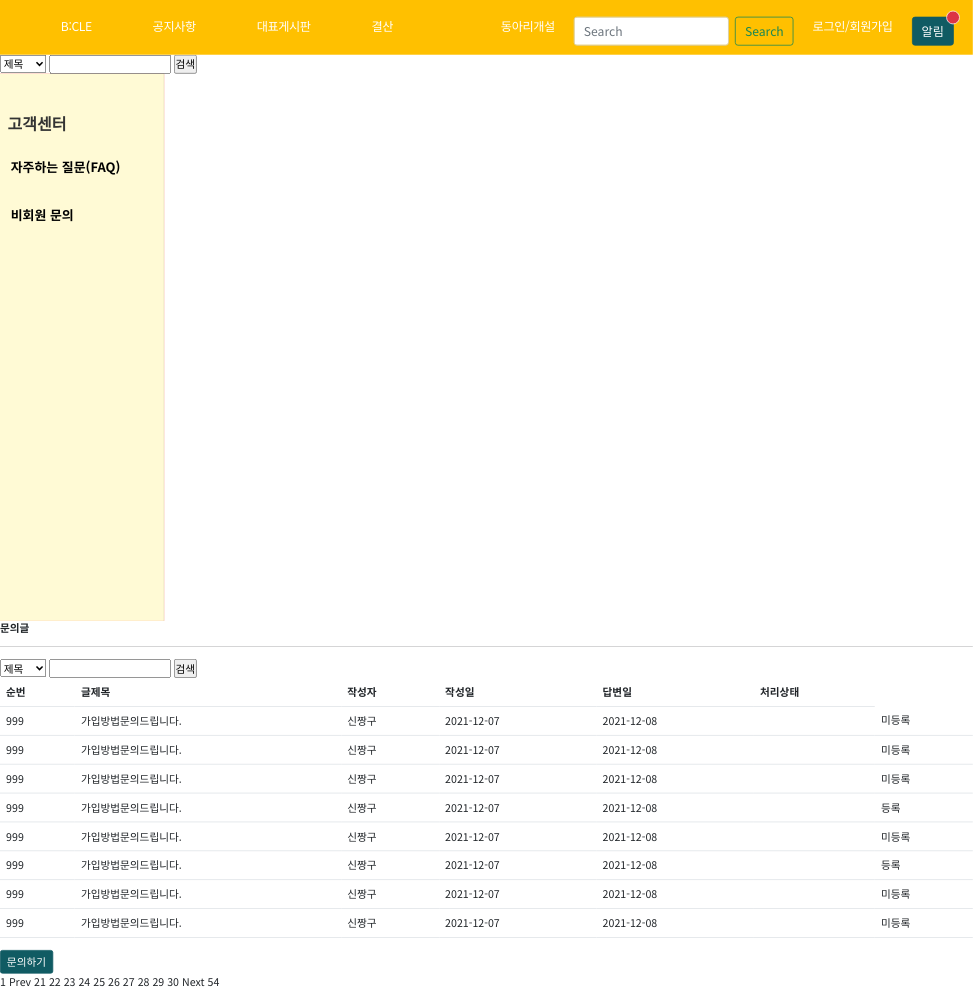
Repository: hyodii/FinalProject
Page: http://localhost/ViewPage/nonmemberQnaList.jsp
These files come from the project's save history. The page is drawn as it stood at one moment and after the next save; the edit follows.
The browser window is 1280 px wide. The pictures show the whole page, at 76% of full size.
Some web fonts or font styles are not loaded; a fallback is used. Some web libraries are served in a nearby version. The page is served by Tomcat 9.

Above is the page before, as saved 2021-12-14 08:13:43.

### ViewPage/WebContent/nonmemberQnaList.jsp
<%@ page contentType="text/html; charset=UTF-8"%>
<%@ taglib prefix="c" uri="http://java.sun.com/jsp/jstl/core"%>
<%
   request.setCharacterEncoding("UTF-8");
   String cp = request.getContextPath();
%>
<!DOCTYPE html>
<html>
<head>
<meta charset="UTF-8">
<title>footerNonmemberList.jsp</title>
</head>
<body>
<!--
	footerNonmemberList.jsp
	- 푸터 - 고객센터 - 비회원 문의
-->
<div id="wrap">
	<div>
		<!-- nav 영역 -->
		<c:import url="nav.jsp"></c:import>

		<!-- 게시판 이동 영역 -->


		<div id="search">
			<form action="" name="searchForm" method="post">
				<select name="searchKey" class="selectField">
					<option value="subject">제목</option>
					<option value="name">작성자</option>
				</select> <input type="text" name="searchValue" class="textField"> <input
						type="button" value="검색" class="btn2" onclick="sendIt()">
			</form>
		</div>



		<div class="merge">
		<!-- 사이드바 -->
		<div>
			<c:import url="sidebarQna.jsp"></c:import>
		</div>


		<!-- 콘텐츠 영역 -->
		<div id="content">
			<h1>문의글</h1>
			<hr>

			<div id="search">
				<form action="" name="searchForm" method="post">
					<select name="searchKey" class="selectField">
						<option value="subject">제목</option>
						<option value="name">작성자</option>
					</select> <input type="text" name="searchValue" class="textField">
					<input type="button" value="검색" class="btn2" onclick="sendIt()">
				</form>
			</div>

			<table id="questionList" class="table">
				<tr>
					<th>순번</th>
					<th>글제목</th>
					<th>작성자</th>
					<th>작성일</th>
					<th>답변일</th>
					<th>처리상태</th>
				</tr>

				<tr>
					<td>999</td>
					<td>가입방법문의드립니다.</td>
					<td>신짱구</td>
					<td>2021-12-07</td>
					<td>2021-12-08</td>
					<td></td>
					<td>미등록</td>
				</tr>


				<tr>
					<td>999</td>
					<td>가입방법문의드립니다.</td>
					<td>신짱구</td>
					<td>2021-12-07</td>
					<td>2021-12-08</td>
					<td></td>
					<td>미등록</td>
				</tr>

				<tr>
					<td>999</td>
					<td>가입방법문의드립니다.</td>
					<td>신짱구</td>
					<td>2021-12-07</td>
					<td>2021-12-08</td>
					<td></td>
					<td>미등록</td>
				</tr>

				<tr>
					<td>999</td>
					<td>가입방법문의드립니다.</td>
					<td>신짱구</td>
					<td>2021-12-07</td>
					<td>2021-12-08</td>
					<td></td>
					<td>등록</td>
				</tr>

				<tr>
					<td>999</td>
					<td>가입방법문의드립니다.</td>
					<td>신짱구</td>
					<td>2021-12-07</td>
					<td>2021-12-08</td>
					<td></td>
					<td>미등록</td>
				</tr>
				<tr>
					<td>999</td>
					<td>가입방법문의드립니다.</td>
					<td>신짱구</td>
					<td>2021-12-07</td>
					<td>2021-12-08</td>
					<td></td>
					<td>등록</td>
				</tr>
				<tr>
					<td>999</td>
					<td>가입방법문의드립니다.</td>
					<td>신짱구</td>
					<td>2021-12-07</td>
					<td>2021-12-08</td>
					<td></td>
					<td>미등록</td>
				</tr>
				<tr>
					<td>999</td>
					<td>가입방법문의드립니다.</td>
					<td>신짱구</td>
					<td>2021-12-07</td>
					<td>2021-12-08</td>
					<td></td>
					<td>미등록</td>
				</tr>
			</table>

			<div class="enroll">
				<button class="btn btn-primary btn-sm" type="button"
					id="insertBoard" onclick="location.href='boardinsertform.action'">문의하기</button>
			</div>
			<div id="footer">
				<p>1 Prev 21 22 23 24 25 26 27 28 29 30 Next 54</p>

			</div>

		</div>
	</div>

	</div>


	<!-- 푸터 영역 -->
	<!-- 푸터 적용하니까 css가 다 엉망이 되요.. -->




</div>

</body>
</html>

### ViewPage/WebContent/nav.jsp
<%@ page contentType="text/html; charset=UTF-8"%>
<%@ taglib prefix="c" uri="http://java.sun.com/jsp/jstl/core"%>
<%
	request.setCharacterEncoding("UTF-8");
String cp = request.getContextPath();
%>
<!DOCTYPE html>
<html lang="ko">
<head>
<meta charset="UTF-8">
<meta name="viewport" content="width=device-width, initial-scale=1">
<title>B:CLE</title>
<!-- <link rel="stylesheet" href="css/main.css"> -->
<link rel="stylesheet" href="css/font-awesome.min.css">
<link
	href="https://cdn.jsdelivr.net/npm/bootstrap@5.1.3/dist/css/bootstrap.min.css"
	rel="stylesheet"
	integrity="sha384-1BmE4kWBq78iYhFldvKuhfTAU6auU8tT94WrHftjDbrCEXSU1oBoqyl2QvZ6jIW3"
	crossorigin="anonymous">

<style>
@import
	url('https://fonts.googleapis.com/css?family=Exo+2|Noto+Sans+KR&display=swap')
	;
/*reset*/
* {
	margin: 0;
	padding: 0;
}
body {
	margin: 0;
}
h1, h2, h3, h4, h5, h6, p, ul, ol, li, dl, dt, dd {
	margin: 0;
	padding: 0;
}
h1, h2, h3, h4, h5, h6 {
	font-weight: 700;
	font-size: inherit;
}
a {
	color: inherit;
	text-decoration: inherit;
}
img {
	vertical-align: middle;
}
a img {
	border: none;
}
li {
	list-style: none;
}
address, em, i, ul {
	font-style: normal;
}
.mo {
	display: none;
}
body {
	font-family: 'Noto Sans KR', sans-serif;
	font-size: 14px;
}
header {
	font-family: 'Noto Sans KR', sans-serif;
	letter-spacing: -0.5px;
	background: rgb(255, 192, 0);
	color: white;
	height: 10vh;
	width: 100%;
	position: relative;
	margin-top: -20px;
}
.mainHeader {
	width: 100%;
	margin-top: 20px;
	box-sizing: border-box;
	vertical-align: center;
}
.mainHeader .gnbMo {
	display: none;
}
.mainHeader .gnb {
	float: left;
	margin-left: 80px;
	margin-top: 3vh;
}
.mainHeader .gnb li {
	float: left;
	margin-right: 80px;
}
.mainHeader .gnb li a {
	display: block;
	width: 100%;
	height: 100%;
	text-align: center;
	color: #fff;
	font-size: 16px;
	text-decoration-line: none;
}
.mainHeader .gnb li a:hover, .mainHeader .gnb li a:focus {
	color: #ff8342;
}
.mainHeader .tnb {
	float: right;
	margin-top: 3vh;
}
.mainHeader .tnb li {
	float: left;
	margin-right: 25px;
}
.mainHeader .tnb li a {
	display: block;
	width: 100%;
	height: 100%;
	text-align: center;
	font-size: 16px;
	color: #fff;
	text-decoration-line: none;
}
.mainHeader .tnb li:nth-child(1) a i, .mainHeader .tnb li:nth-child(2) a i
	{
	font-size: 20px;
	margin-right: 8px;
}
.mainHeader .tnb li:last-child a {
	display: block;
	width: 105px;
	line-height: 2;
	border: 1px solid #fff;
	border-radius: 30px;
	margin-top: 35px;
}
.mainHeader .tnb li:last-child a i {
	margin-left: 5px;
}
.mainHeader .tnb li:last-child a:hover {
	background: #fff;
	color: #ff8342;
	transition: all 0.3s;
}
.btn-primary {
    color: #fff;
    background-color: #105b63;
    border-color: #105b63;
}
</style>


</head>
<body>
	<!--header-->
	<header>
		<div class="mainHeader">
			<nav class="gnb">
				<ul>
					<li><a href="#">B:CLE</a></li>
					<li><a href="#">공지사항</a></li>
					<li><a href="#">대표게시판</a></li>
					<li><a href="#">결산</a></li>
				</ul>
			</nav>
			<nav class="tnb">
				<ul>

					<li><a href="#">동아리개설</a></li>

					<li>
						<form class="d-flex">
							<input class="form-control me-2" type="search"
								placeholder="Search" aria-label="Search">
							<button class="btn btn-outline-success" type="submit">Search</button>
						</form>
					</li>




					<li><a href="#"></i>로그인/회원가입</a></li>
					<li><button type="button"
							class="btn btn-primary position-relative">
							알림 <span
								class="position-absolute top-0 start-100 translate-middle p-2 bg-danger border border-light rounded-circle">
								<span class="visually-hidden">New alerts</span>
							</span>
						</button></li>
				</ul>
			</nav>
			<nav class="gnbMo">
				<a href="#"><i class="fa fa-bars" aria-hidden="true"></i></a>
			</nav>
		</div>
	</header>
</body>
</html>

<!-- 검색부분에 쓸 부트스트랩 -->
<!--       <form class="d-flex">
        <input class="form-control me-2" type="search" placeholder="Search" aria-label="Search">
        <button class="btn btn-outline-success" type="submit">Search</button>
      </form> -->

### ViewPage/WebContent/sidebarQna.jsp
<%@ page contentType="text/html; charset=UTF-8"%>
<%@ taglib prefix="c" uri="http://java.sun.com/jsp/jstl/core"%>
<%
   request.setCharacterEncoding("UTF-8");
   String cp = request.getContextPath();
%>
<!DOCTYPE html>
<html>
<head>
<meta charset="UTF-8">
<title>sidebarQna.jsp</title>
<link rel="stylesheet" href="https://use.fontawesome.com/releases/v5.14.0/css/all.css" integrity="sha384-HzLeBuhoNPvSl5KYnjx0BT+WB0QEEqLprO+NBkkk5gbc67FTaL7XIGa2w1L0Xbgc" crossorigin="anonymous"><style type="text/css">
*
{
	margin: 0;
	padding: 0;
}

/* 사이드 메뉴 */
.left_menu
{
    /* position: fixed; */
    width: 30vh;
    height: 100vh;
    z-index: 10;
  	background: #FFFAD5;
    border-right: 1px solid rgba(0, 0, 0, 0.07);
    bottom: 50px;
    height: 100%;
    margin-top: 0px;
    padding-bottom: 0px;
    /* box-shadow: 0 0px 24px 0 rgb(0 0 0 / 6%), 0 1px 0px 0 rgb(0 0 0 / 2%); */
    color: white;
    overflow:hidden;
}

.sub_menu
{
    margin-top: 50px;
}

.left_menu>.sub_menu li:hover
{
    color: ff5858;
    background-color: #e1e1e1;
}

.left_menu>.sub_menu li
{
    color: black;
    font-size: 17px;
    font-weight: 600;
    padding: 20px 0px 8px 14px;
}

.sub_menu>h2
{
    padding-bottom: 4px;
    margin-top: 30px;
    font-size: 21px;
    font-weight: 600;
    color: #333;
    margin-left: 10px;
    margin-right: 10px;
    font-family: 'NotoKrB';
    line-height: 35px;
}

.sub_menu .fas
{
    color: #ff5858;
    font-size: 20px;
    line-height: 20px;
    float: right;
    margin-right: 20px;
}

.sub_menu>.big_menu>.small_menu li
{
    color: #797979;
    font-size: 14px;
    font-weight: 600;
    margin-left: 14px;
    padding-top: 8px;
}

.big_menu
{
    cursor: pointer;
}

ul
{
    padding-inline-start: 0px;
}

a
{
    color: #797979;
    text-decoration: none;
    background-color: transparent;
}

ul
{
    list-style: none;
}

ol,
ul
{
    margin-top: 0;
    margin-bottom: 10px;
}

.has_sub
{
    width: 100%;
}

.hide_sidemenu
{
    display: none;
}

.background
{
	background-color: #ff5858;
	width: 30vh;
	height:100vh;

}
</style>
<script type="text/javascript" src="http://code.jquery.com/jquery.min.js"></script>
<script type="text/javascript">
    $(function () {
        /* $(".left_sub_menu").hide(); */
        $(".has_sub").click(function () {
            $(".left_sub_menu").fadeToggle(300);
        });
        // 왼쪽메뉴 드롭다운
        $(".sub_menu ul.small_menu").hide();
        $(".sub_menu ul.big_menu").click(function () {
            $("ul", this).slideToggle(300);
        });

        /*
        // 외부 클릭 시 좌측 사이드 메뉴 숨기기
        $('.overlay').on('click', function () {
            $('.left_sub_menu').fadeOut();
            $('.hide_sidemenu').fadeIn();
        });
         */
    });
</script>
</head>
<body>
<div id="wrapper">
	    <!-- 왼쪽 서브 메뉴 -->
	    <div class="background">
	    <div class="left_menu">
	        <div class="sub_menu">
	            <h2>고객센터</h2>
	            <ul class="big_menu">
	                <li>자주하는 질문(FAQ)</li>
	            </ul>
	            <ul class="big_menu">
	                <li>비회원 문의</li>
	            </ul>

	        </div>
	    </div>
	    </div>
</div>

</body>
</html>

### ViewPage/WebContent/footer.jsp
<%@ page contentType="text/html; charset=UTF-8"%>
<%@ taglib prefix="c" uri="http://java.sun.com/jsp/jstl/core"%>
<%
	request.setCharacterEncoding("UTF-8");
	String cp = request.getContextPath();
%>
<!DOCTYPE html>
<html>
<head>
<meta charset="utf-8">
<title>B:CLE Footer(예비용)</title>

<link
	href="https://cdn.jsdelivr.net/npm/bootstrap@4.4.1/dist/css/bootstrap.min.css"
	rel="stylesheet">
<script
	src="https://cdn.jsdelivr.net/npm/bootstrap@4.4.1/dist/js/bootstrap.bundle.min.js"></script>
<link rel="preconnect" href="https://fonts.googleapis.com">
<link rel="preconnect" href="https://fonts.gstatic.com">
<link
	href="https://fonts.googleapis.com/css2?family=Noto+Sans+KR:wght@400;700&display=swap"
	rel="stylesheet">
<script src="https://kit.fontawesome.com/dab690a483.js" crossorigin="anonymous"></script>
<style type="text/css">

/*reset*/
* {margin: 0;padding: 0;}
body {margin: 0;}
h1, h2, h3, h4, h5, h6, p, ul, ol, li, dl, dt, dd {margin: 0; padding: 0;}
h1, h2, h3, h4, h5, h6 {font-weight: 700; }
a {color: inherit; text-decoration: inherit;}
img {vertical-align: middle;}
a img {border: none;}
li {list-style: none;}
address, em, i, ul {font-style: normal;}

/*layout*/
.mo {display: none;}
.en {font-family: 'Exo 2', sans-serif;}
body {font-family: 'Noto Sans KR', sans-serif; font-size: 14px;}
.wrap {margin: 0 auto; }

#footer-wrapper
{
	background-color: #105B63;
	font-family: 'Noto Sans KR', sans-serif;
	font-size: 12pt;
	/* position:fixed; */
}
.title
{
	font-family: 'Noto Sans KR', sans-serif;
	font-size: 15pt;
	color: white;
}

.container
{
	padding: 20px;
}

ul
{
   list-style:none;
   padding-left:0px;
}
a.menuitem
{
	text-decoration: none;
	text-align: center;
	color: white;
}
a.menuitem
{
	text-decoration: none;
	text-align: center;
	color: white;
}
a.menuitem:hover
{
	color: #FFD34E;
}

p.menuitem
{
	color: white;
}
.second-box
{
  display: flex;
  justify-content: flex-end;
}

.icon
{
  /* width: 40%; */
  display: flex;
  justify-content: flex-end;
  color: #105B63;
}

.icon-box
{
  width: 54px;
  height: 54px;
  background-color: white;
  border-radius: 50%;
  margin-right: 15px;
  display: flex;
  justify-content: center;
  align-items: center;
}

.icon
{
  font-size: 24px;
}
.icon:hover {
  color: #FFD34E;
}

ul.menu
{
	color: white;
}

</style>

</head>
<body>

<!-- Footer -->
<div id="footer-wrapper">
	<footer id="footer" class="container">
		<div class="row">
			<div class="col-3 col-6-medium col-12-small">

				<!-- Links -->
					<section class="widget links">
						<div class="title">B:CLE</div>
						<ul class="style2">
							<li><a href="#" class="menuitem">동아리 만들기</a></li>
							<li><a href="mainhome.action" class="menuitem">동아리 구경가기</a></li>
							<!-- <li><a href="#">Felis varius pellentesque potenti</a></li>
							<li><a href="#">Nullam scelerisque blandit leo</a></li> -->
						</ul>
					</section>

			</div>
			<div class="col-3 col-6-medium col-12-small">

				<!-- Links -->
					<section class="widget links">
						<div class="title">고객센터</div>
						<ul class="style2">
							<li><a href="#" class="menuitem">FAQ</a></li>
							<li><a href="#" class="menuitem">문의하기</a></li>
							<li><a href="#" class="menuitem">이용약관</a></li>
							<!-- <li><a href="#">Felis varius pellentesque potenti</a></li>
							<li><a href="#">Nullam scelerisque blandit leo</a></li> -->
						</ul>
					</section>

			</div>

			<div class="col-3 col-6-medium col-12-small">

				<!-- Contact -->
					<section class="widget contact last">
						<div class="title">Contact Us</div>

						<p class="menuitem">B:CLE<br />
						서울특별시 마포구 월드컵북로 21 2층 풍성빌딩<br />
						(02) 123-4567</p>
					</section>

			</div>

			<div class="col-3 col-6-medium col-12-small">

				<!-- 아이콘 -->
				<!-- <section class="widget contact last icon"> -->
					<div class="second-box">
			              <div class="icon-box">
			                  <i class="fab fa-instagram icon"></i>
			              </div>
			              <div class="icon-box">
			                  <i class="fab fa-twitter icon"></i>
			              </div>
			              <div class="icon-box">
			                  <i class="fab fa-facebook-f icon"></i>
			              </div>
					</div>
				<!-- </section> -->

			</div>

		</div>

		<div class="row">
			<div class="col-12">
				<div id="copyright">
					<ul class="menu" style="text-align: center;">
						<li>&copy; 2021 B:CLE. All rights reserved</li>
					</ul>
				</div>
			</div>
		</div>
	</footer>
</div>

</body>
</html>

After the next save:
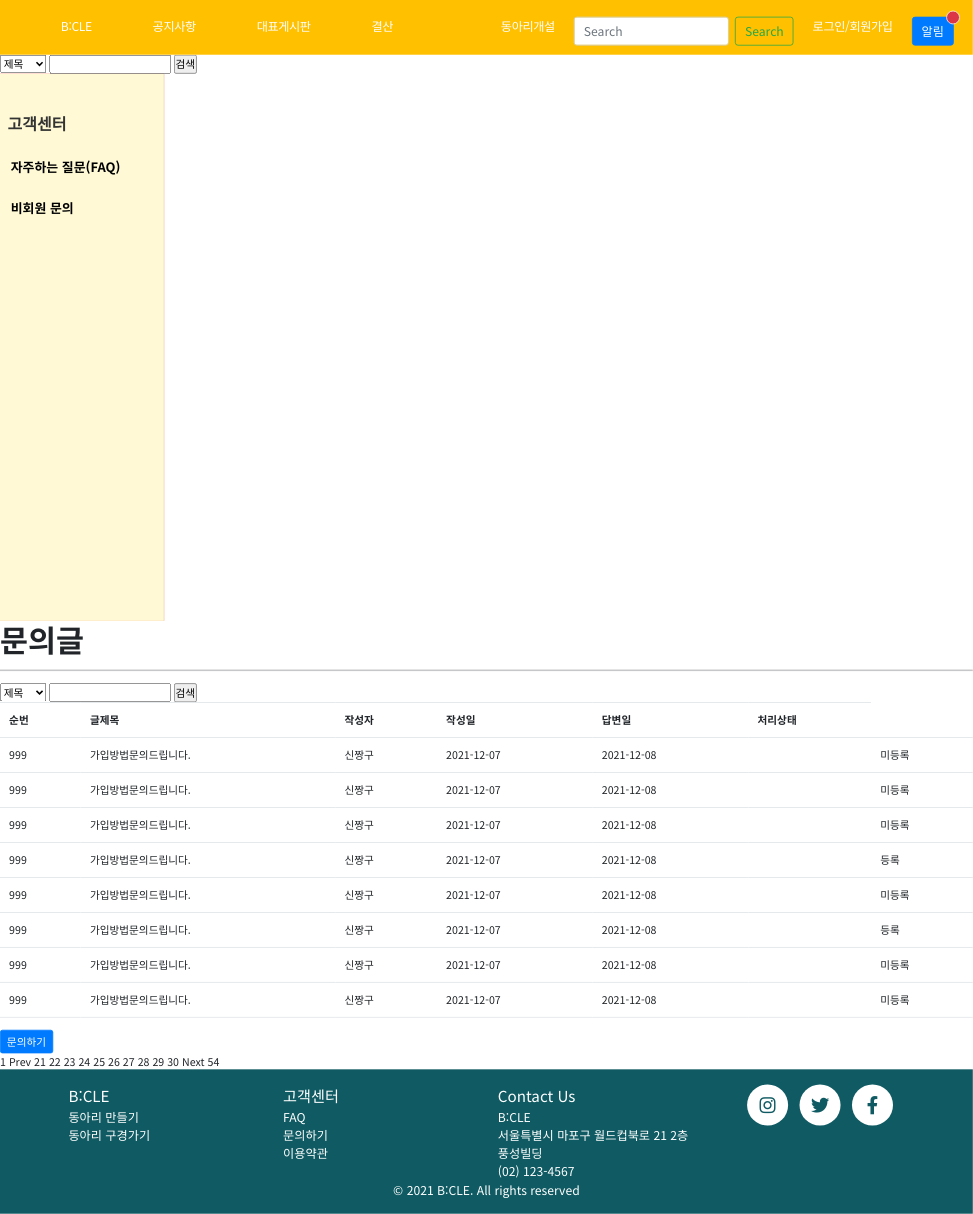
Saved 25 s later.
--- a/ViewPage/WebContent/nonmemberQnaList.jsp
+++ b/ViewPage/WebContent/nonmemberQnaList.jsp
@@ -162,7 +162,7 @@
 
 
 	<!-- 푸터 영역 -->
-	<!-- 푸터 적용하니까 css가 다 엉망이 되요.. -->
+	<c:import url="footer.jsp"></c:import>
 
 
 
